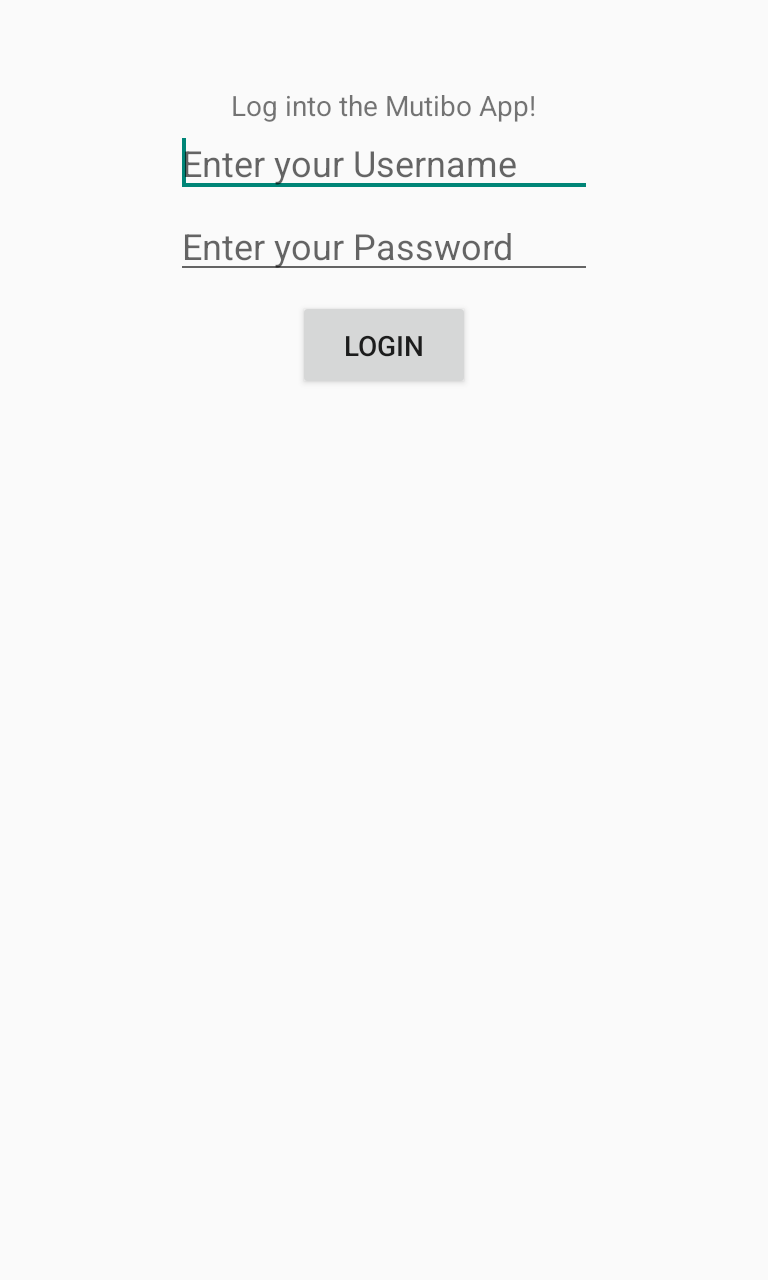
Repository: quantumlicht/android-capstone
Layout: capstone_client/res/layout/activity_login.xml
An editor plug-in stored every save of this project. The layout is shown before and after the next save, followed by the edit.
It is drawn on a 768 x 1280 px phone screen (xhdpi) without system bars, with theme AppTheme; the app's code is not run.

Above is the layout before, as saved 2014-11-14 23:31:35.

After the next save:
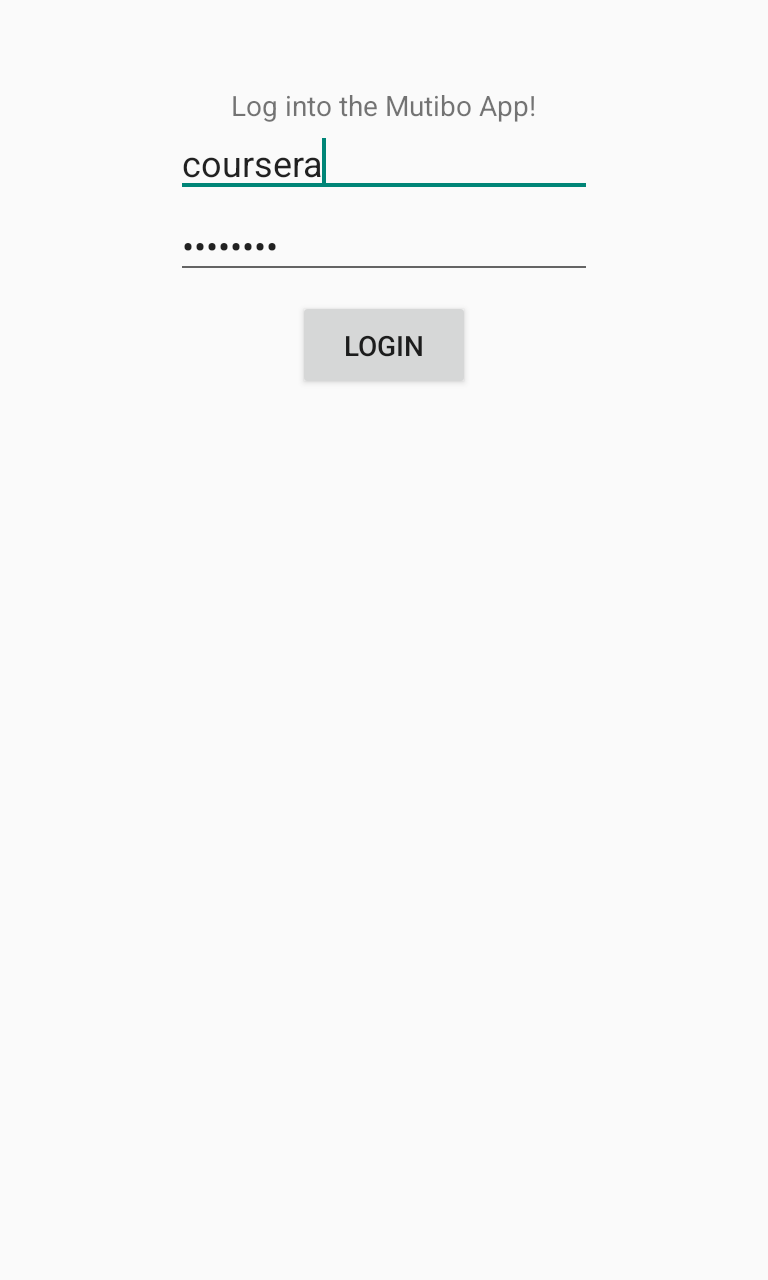
Saved 2 s later.
--- a/capstone_client/res/layout/activity_login.xml
+++ b/capstone_client/res/layout/activity_login.xml
@@ -24,9 +24,12 @@
         android:layout_centerHorizontal="true"
         android:layout_marginTop="43dp"
         android:ems="10"
-        android:hint="@string/login_username" >
+        android:hint="@string/login_username"
+        android:text="coursera" >
+
         <requestFocus/>
     </EditText>
+
     <EditText
         android:id="@+id/password"
         android:layout_width="wrap_content"
@@ -35,7 +38,9 @@
         android:layout_below="@+id/username"
         android:ems="10"
         android:hint="@string/login_password"
-        android:inputType="textPassword" />
+        android:inputType="textPassword"
+        android:text="changeit" />
+
     <TextView
         android:id="@+id/login_result"
         android:layout_width="wrap_content"
